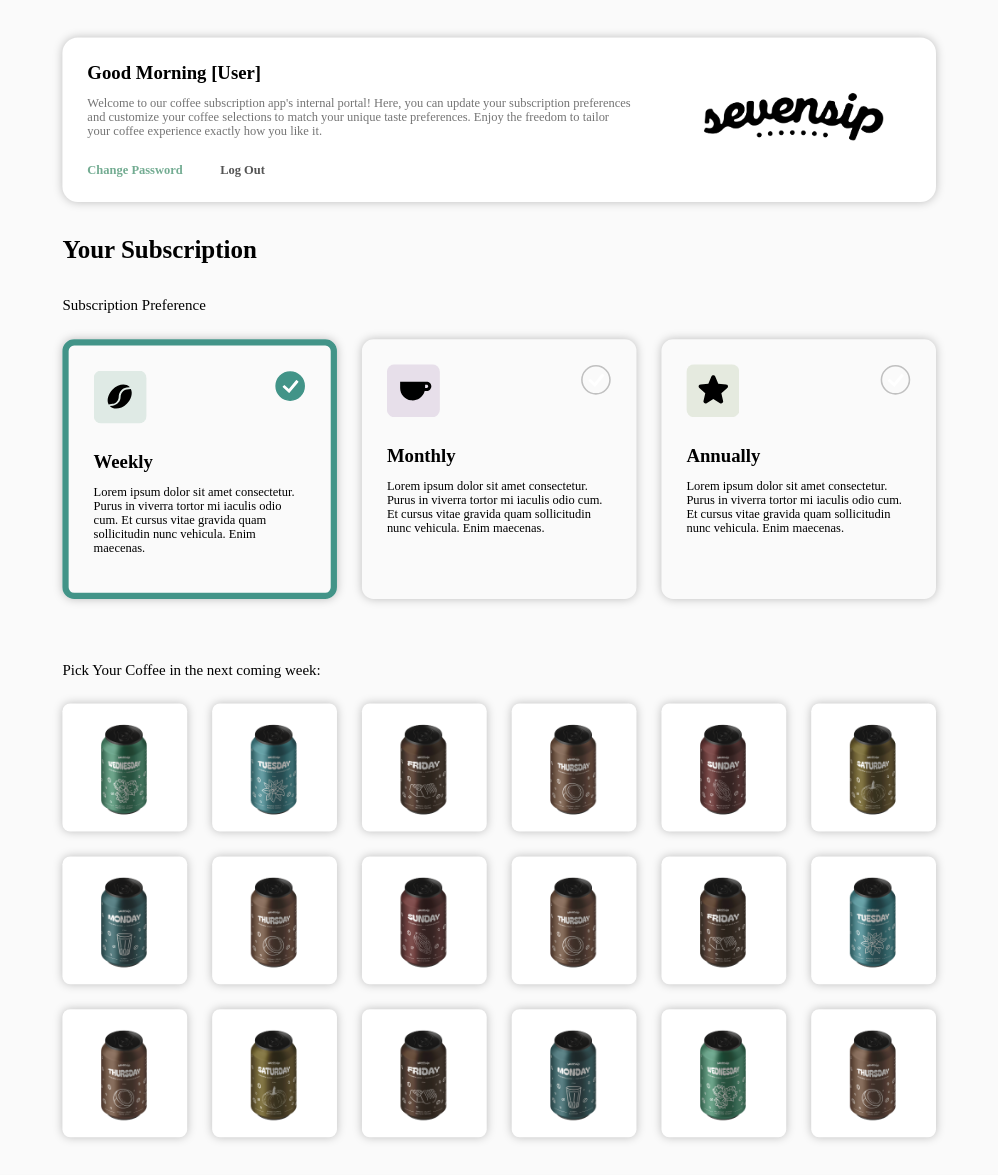
Repository: Haydenleung/COMP-4170-Final-Project
Page: http://localhost/main
These files come from the project's save history. The page is drawn as it stood at one moment and after the next save; the edit follows.
The browser window is 1280 px wide. The pictures show the whole page, at 78% of full size.
The page is served by the project's Node server (app.js).

Above is the page before, as saved 2024-03-22 18:36:55.

After the next save:
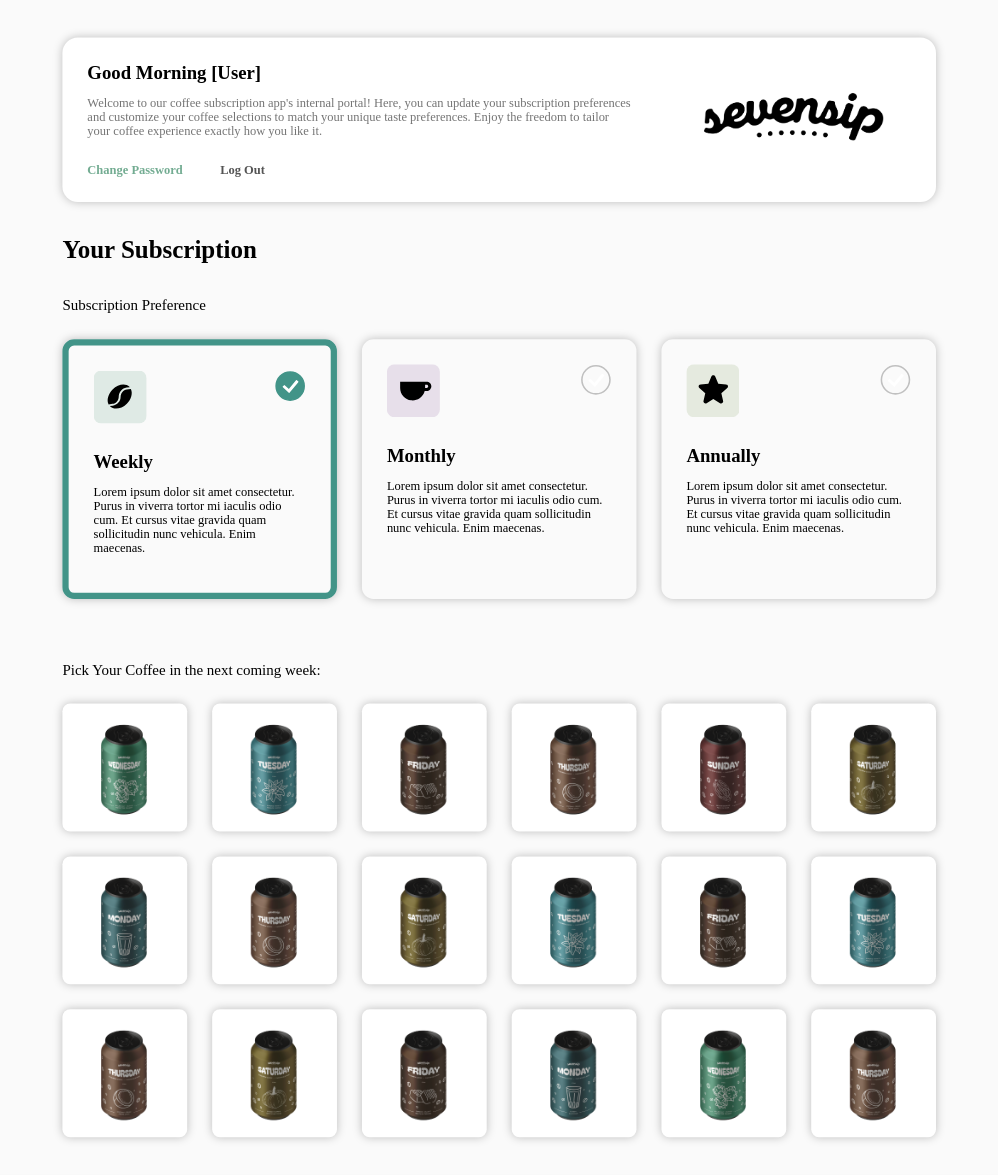
Saved 10 s later.
--- a/views/main.ejs
+++ b/views/main.ejs
@@ -94,10 +94,10 @@
                         <img class="coffee-image" src="/images/04.png" alt="coffee image" />
                     </div>
                     <div class="coffee">
-                        <img class="coffee-image" src="/images/07.png" alt="coffee image" />
+                        <img class="coffee-image" src="/images/06.png" alt="coffee image" />
                     </div>
                     <div class="coffee">
-                        <img class="coffee-image" src="/images/04.png" alt="coffee image" />
+                        <img class="coffee-image" src="/images/02.png" alt="coffee image" />
                     </div>
                     <div class="coffee">
                         <img class="coffee-image" src="/images/05.png" alt="coffee image" />
